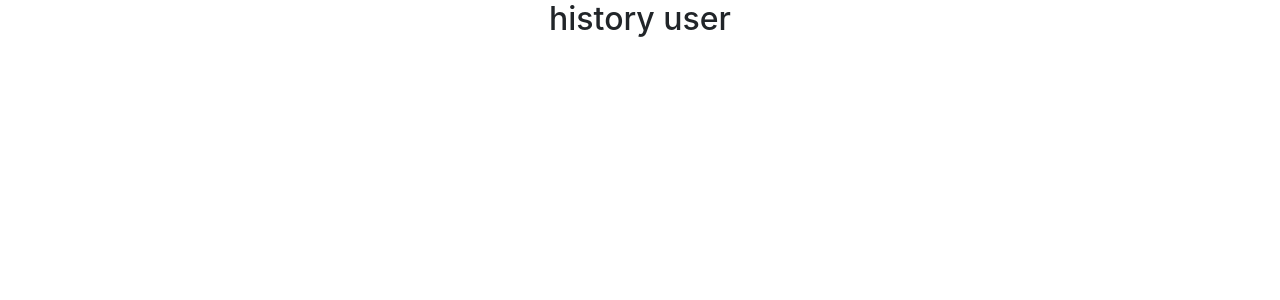
Repository: thanhbui99/java-eclipse
Page: http://localhost/userProject/historyServlet
These files come from the project's save history. The page is drawn as it stood at one moment and after the next save; the edit follows.
The browser window is 1280 px wide. The pictures show the whole page.
The page is served by Tomcat 9.

Above is the page before, as saved 2020-11-02 09:27:16.

After the next save:
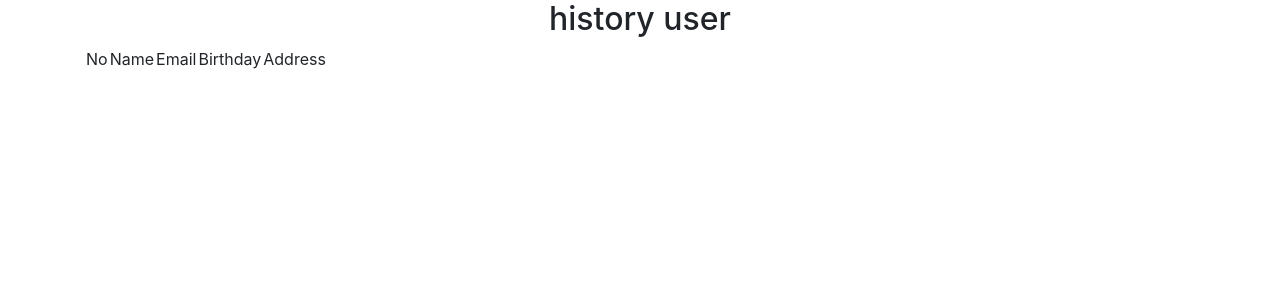
Saved 89 s later.
--- a/workspace/userProject/WebContent/WEB-INF/View/history.jsp
+++ b/workspace/userProject/WebContent/WEB-INF/View/history.jsp
@@ -29,7 +29,16 @@
 				<h2 class="text-center">history user</h2>
 			</div>
 			<div class="panel-body">
-
+               <table>
+                  <tr>
+                     <td>No</td>
+                     <td>Name</td>
+                     <td>Email</td>
+                     <td>Birthday</td>
+                     <td>Address</td>
+                  </tr>
+               <thead>
+               </table>
 		</div>
 	</div>
 </body>
